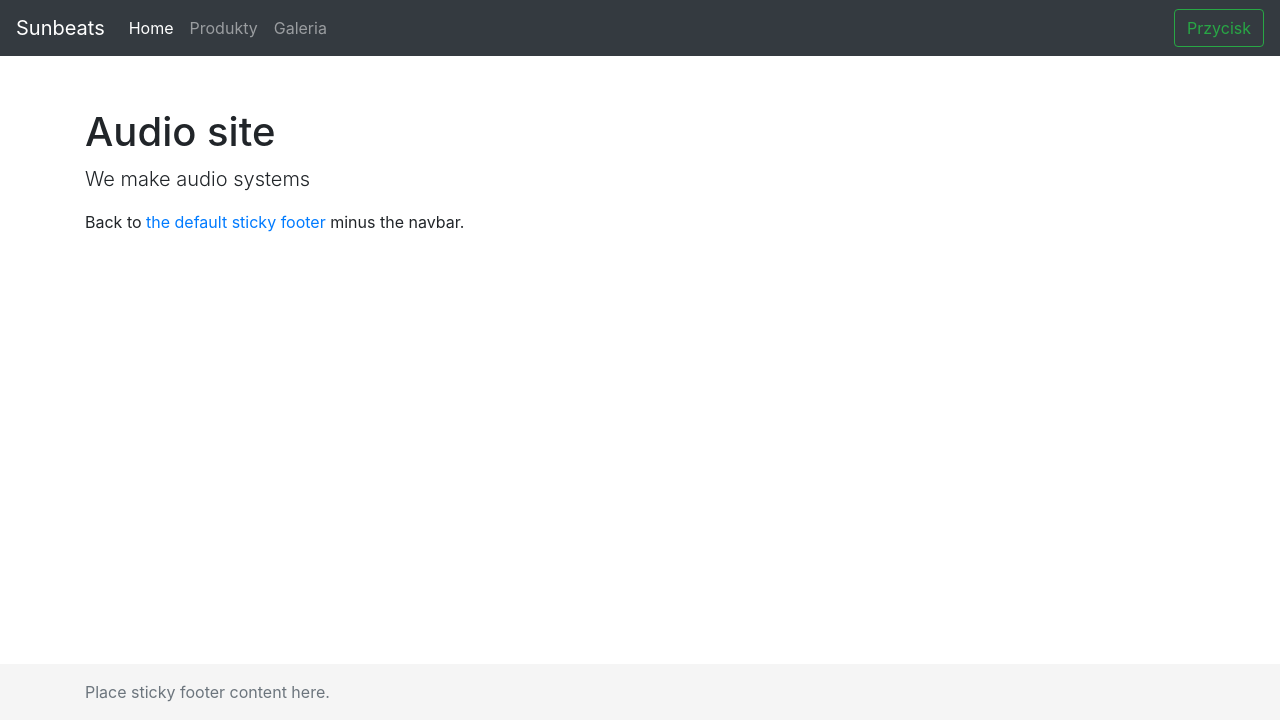
Repository: Audio-site/sunbeats
Page: index.html
These files come from the project's save history. The page is drawn as it stood at one moment and after a run of saves; the edit follows.
The browser window is 1280 px wide. The pictures show the whole page.

Above is the page before, as saved 2020-08-24 23:58:02.

### index.html
<!doctype html>
<html lang="en" class="h-100">
  <head>
    <meta charset="utf-8">
    <meta name="viewport" content="width=device-width, initial-scale=1, shrink-to-fit=no">
    <meta name="description" content="">
    <meta name="author" content="Mark Otto, Jacob Thornton, and Bootstrap contributors">
    <meta name="generator" content="Jekyll v4.1.1">
    <title>Sticky Footer Navbar Template · Bootstrap</title>

    <link rel="canonical" href="https://getbootstrap.com/docs/4.5/examples/sticky-footer-navbar/">

    <!-- Bootstrap core CSS -->
<link href="../assets/dist/css/bootstrap.min.css" rel="stylesheet">

    <style>
      .bd-placeholder-img {
        font-size: 1.125rem;
        text-anchor: middle;
        -webkit-user-select: none;
        -moz-user-select: none;
        -ms-user-select: none;
        user-select: none;
      }

      @media (min-width: 768px) {
        .bd-placeholder-img-lg {
          font-size: 3.5rem;
        }
      }
    </style>
    <!-- Custom styles for this template -->
    <link href="../assets/css/sticky-footer-navbar.css" rel="stylesheet">
  </head>
  <body class="d-flex flex-column h-100">
    <header>
  <!-- Fixed navbar -->
  <nav class="navbar navbar-expand-md navbar-dark fixed-top bg-dark">
    <a class="navbar-brand" href="#">Sunbeats</a>
    <button class="navbar-toggler" type="button" data-toggle="collapse" data-target="#navbarCollapse" aria-controls="navbarCollapse" aria-expanded="false" aria-label="Toggle navigation">
      <span class="navbar-toggler-icon"></span>
    </button>
    <div class="collapse navbar-collapse" id="navbarCollapse">
      <ul class="navbar-nav mr-auto">
        <li class="nav-item active">
          <a class="nav-link" href="#">Home <span class="sr-only">(current)</span></a>
        </li>
        <li class="nav-item">
          <a class="nav-link" href="#">Produkty</a>
        </li>
        <li class="nav-item">
          <a class="nav-link" href="#">Galeria</a>
        </li>
      </ul>
        <button class="btn btn-outline-success my-2 my-sm-0" type="submit">Przycisk</button>
    </div>
  </nav>
</header>

<!-- Begin page content -->
<main role="main" class="flex-shrink-0">
  <div class="container">
    <h1 class="mt-5">Audio site</h1>
    <p class="lead">We make audio systems</p>
    <p>Back to <a href="../examples/sticky-footer/">the default sticky footer</a> minus the navbar.</p>
  </div>
</main>

<footer class="footer mt-auto py-3">
  <div class="container">
    <span class="text-muted">Place sticky footer content here.</span>
  </div>
</footer>
<script src="https://code.jquery.com/jquery-3.5.1.slim.min.js" integrity="sha384-DfXdz2htPH0lsSSs5nCTpuj/zy4C+OGpamoFVy38MVBnE+IbbVYUew+OrCXaRkfj" crossorigin="anonymous"></script>
      <script>window.jQuery || document.write('<script src="../assets/js/vendor/jquery.slim.min.js"><\/script>')</script><script src="../assets/dist/js/bootstrap.bundle.min.js"></script>
</html>

Loaded but not shown: assets/dist/css/bootstrap.min.css (library); assets/css/sticky-footer-navbar.css (common file); assets/dist/js/bootstrap.bundle.min.js (library)

After the next 2 saves:
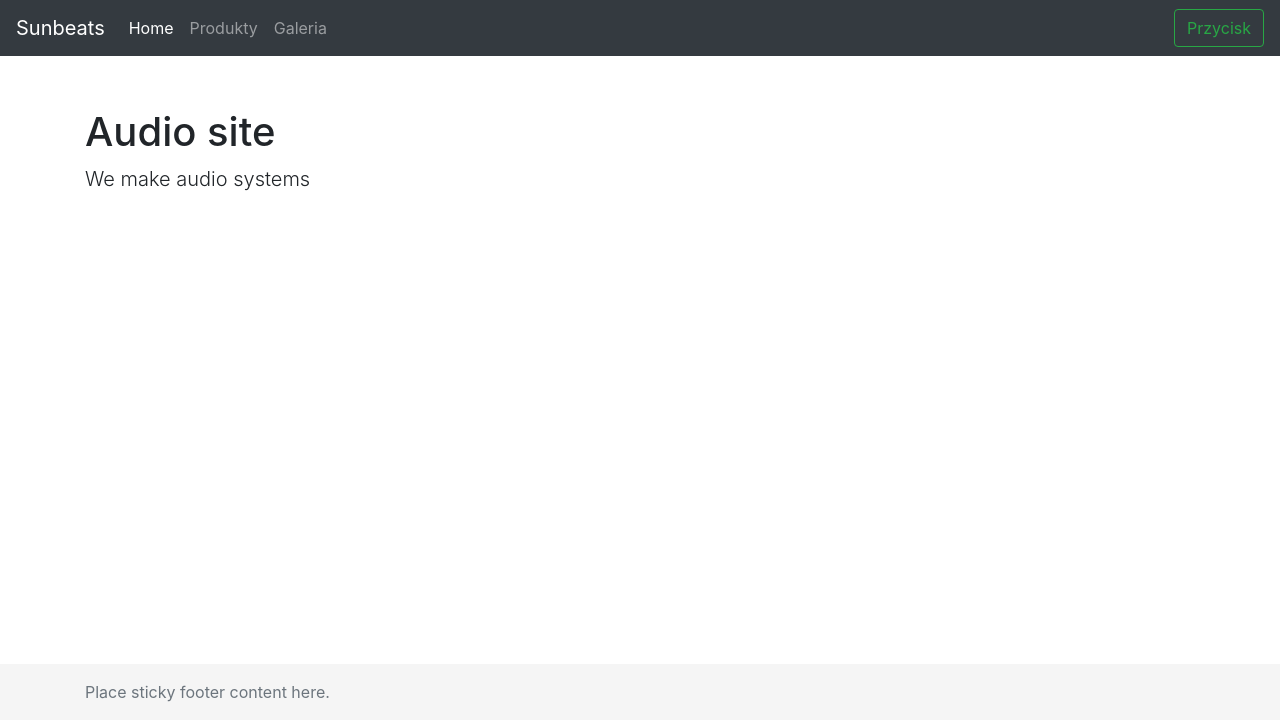
The 2 saves are shown as one change because they came seconds apart.
The last was saved 9 s later.
--- a/index.html
+++ b/index.html
@@ -62,7 +62,6 @@
   <div class="container">
     <h1 class="mt-5">Audio site</h1>
     <p class="lead">We make audio systems</p>
-    <p>Back to <a href="../examples/sticky-footer/">the default sticky footer</a> minus the navbar.</p>
   </div>
 </main>
 
